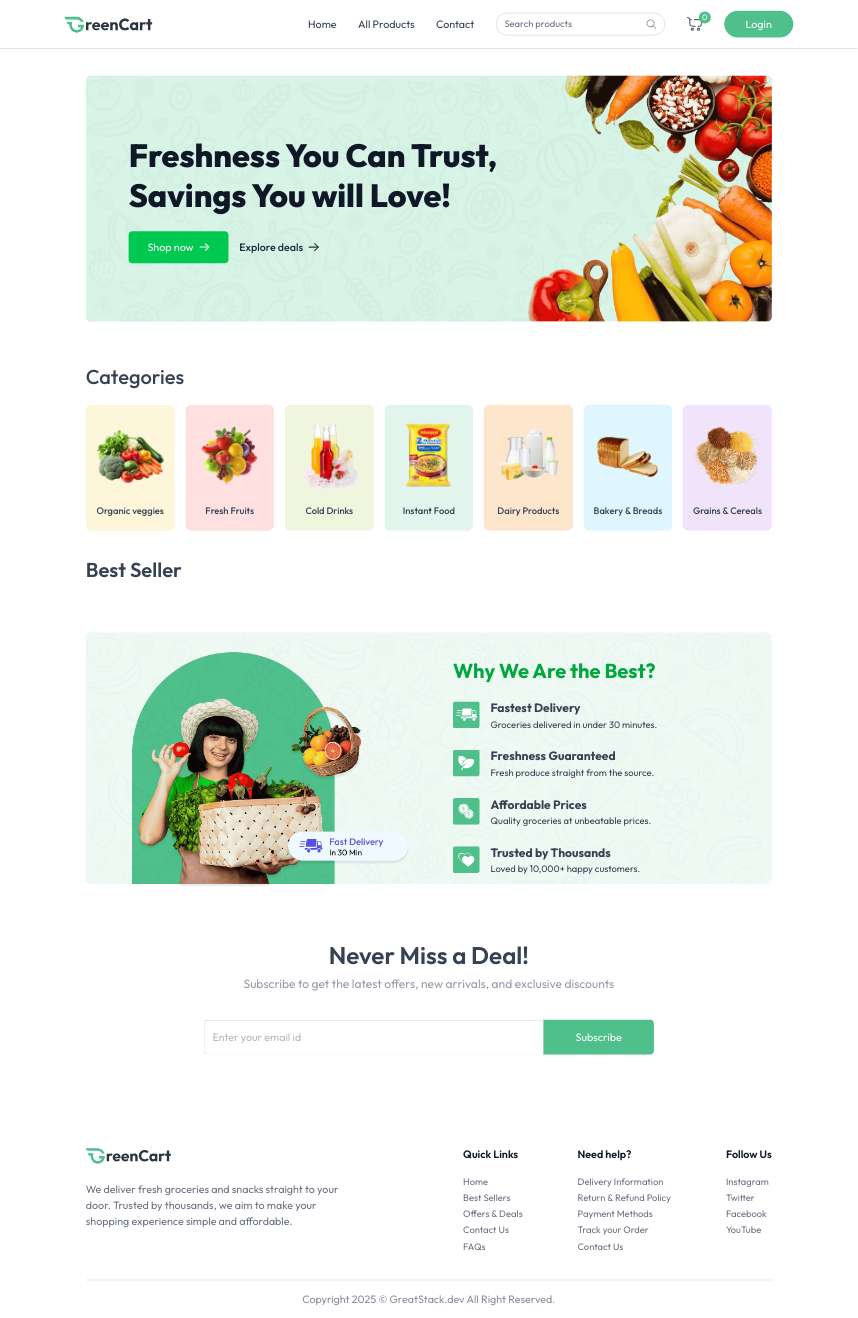
Repository: deepak445566/cv
Page: / (app in client/)
The author's editor kept a copy of each file at every save. The page is drawn from the files as they stood at one save, then again after the next save.
The browser window is 1280 px wide. The pictures show the whole page, at 67% of full size.
The page's requests for data from a server got no answer. Some web fonts or font styles are not loaded; a fallback is used. The project was rebuilt for these pictures with package versions that can differ from the ones it lists, and the page was loaded fresh each time. No one was signed in, and anything a server would have sent is missing. Also part of the build but not shown: client/vite.config.js, client/src/components/ProductCard.jsx, client/src/components/Login.jsx, client/src/pages/AllProduct.jsx, client/src/pages/Productcato.jsx, client/src/pages/ProductDetail.jsx, client/src/pages/Cart.jsx, client/src/components/Addaddress.jsx and 7 more.

Above is the page before, as saved 2025-12-12 13:35:17.

After the next save:
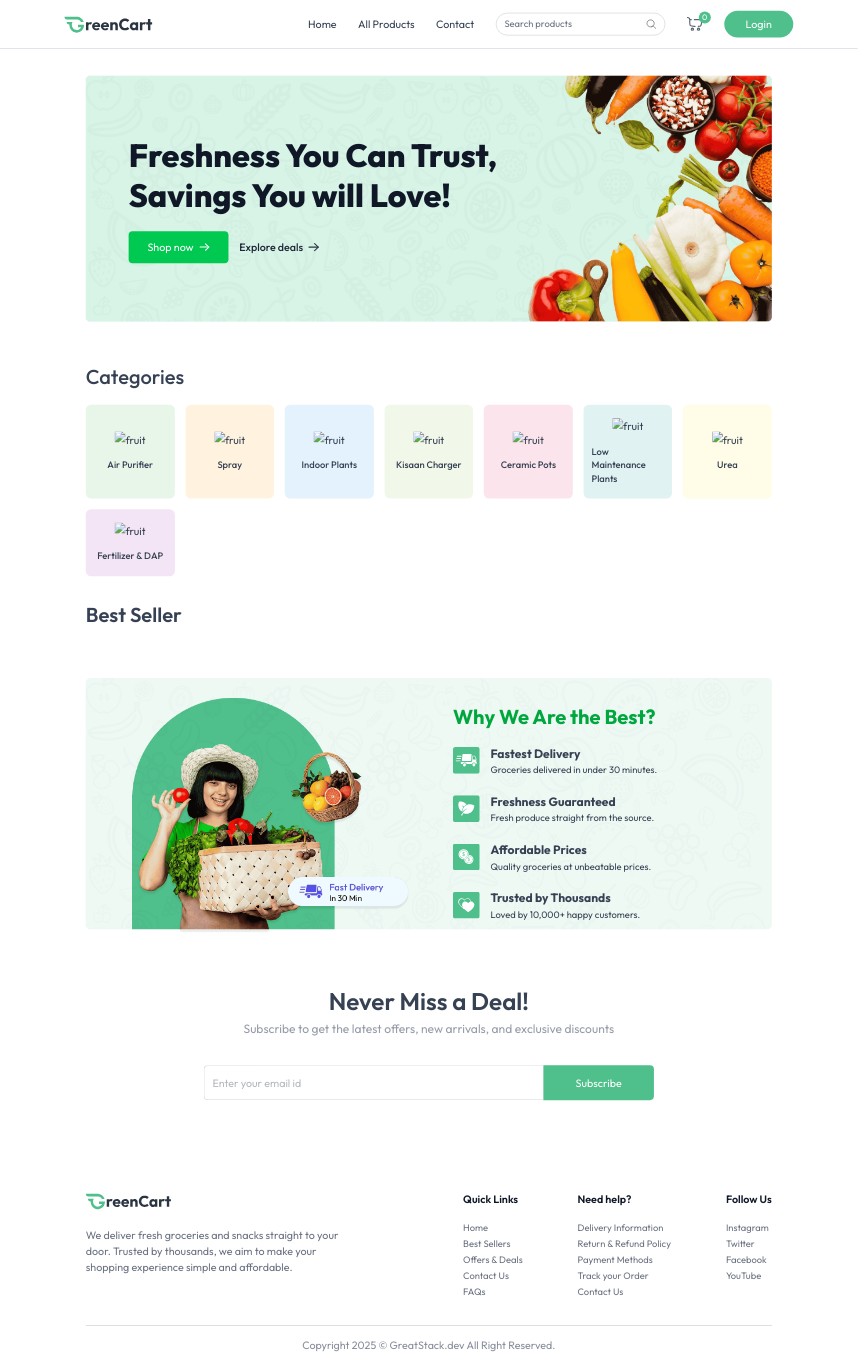
Saved 2 days later.
--- a/client/src/assets/assets.js
+++ b/client/src/assets/assets.js
@@ -101,47 +101,57 @@
 };
 
 export const categories = [
-  {
-    text: "Organic veggies",
-    path: "Vegetables",
-    image: organic_vegitable_image,
-    bgColor: "#FEF6DA",
-  },
-  {
-    text: "Fresh Fruits",
-    path: "Fruits",
-    image: fresh_fruits_image,
-    bgColor: "#FEE0E0",
-  },
-  {
-    text: "Cold Drinks",
-    path: "Drinks",
-    image: bottles_image,
-    bgColor: "#F0F5DE",
-  },
-  {
-    text: "Instant Food",
-    path: "Instant",
-    image: maggi_image,
-    bgColor: "#E1F5EC",
-  },
-  {
-    text: "Dairy Products",
-    path: "Dairy",
-    image: dairy_product_image,
-    bgColor: "#FEE6CD",
-  },
-  {
-    text: "Bakery & Breads",
-    path: "Bakery",
-    image: bakery_image,
-    bgColor: "#E0F6FE",
-  },
-  {
-    text: "Grains & Cereals",
-    path: "Grains",
-    image: grain_image,
-    bgColor: "#F1E3F9",
+
+
+
+  // 🌱 New Categories
+  {
+    text: "Air Purifier",
+    path: "AirPurifier",
+
+    bgColor: "#E8F5E9",
+  },
+  {
+    text: "Spray",
+    path: "Spray",
+
+    bgColor: "#FFF3E0",
+  },
+  {
+    text: "Indoor Plants",
+    path: "IndoorPlants",
+
+    bgColor: "#E3F2FD",
+  },
+  {
+    text: "Kisaan Charger",
+    path: "KisaanCharger",
+
+    bgColor: "#F1F8E9",
+  },
+  {
+    text: "Ceramic Pots",
+    path: "CeramicPots",
+
+    bgColor: "#FCE4EC",
+  },
+  {
+    text: "Low Maintenance Plants",
+    path: "LowMaintenance",
+
+    bgColor: "#E0F2F1",
+  },
+  {
+    text: "Urea",
+    path: "Urea",
+
+    bgColor: "#FFFDE7",
+  },
+  {
+    text: "Fertilizer & DAP",
+    path: "Fertilizer",
+
+    bgColor: "#F3E5F5",
   },
 ];
 
